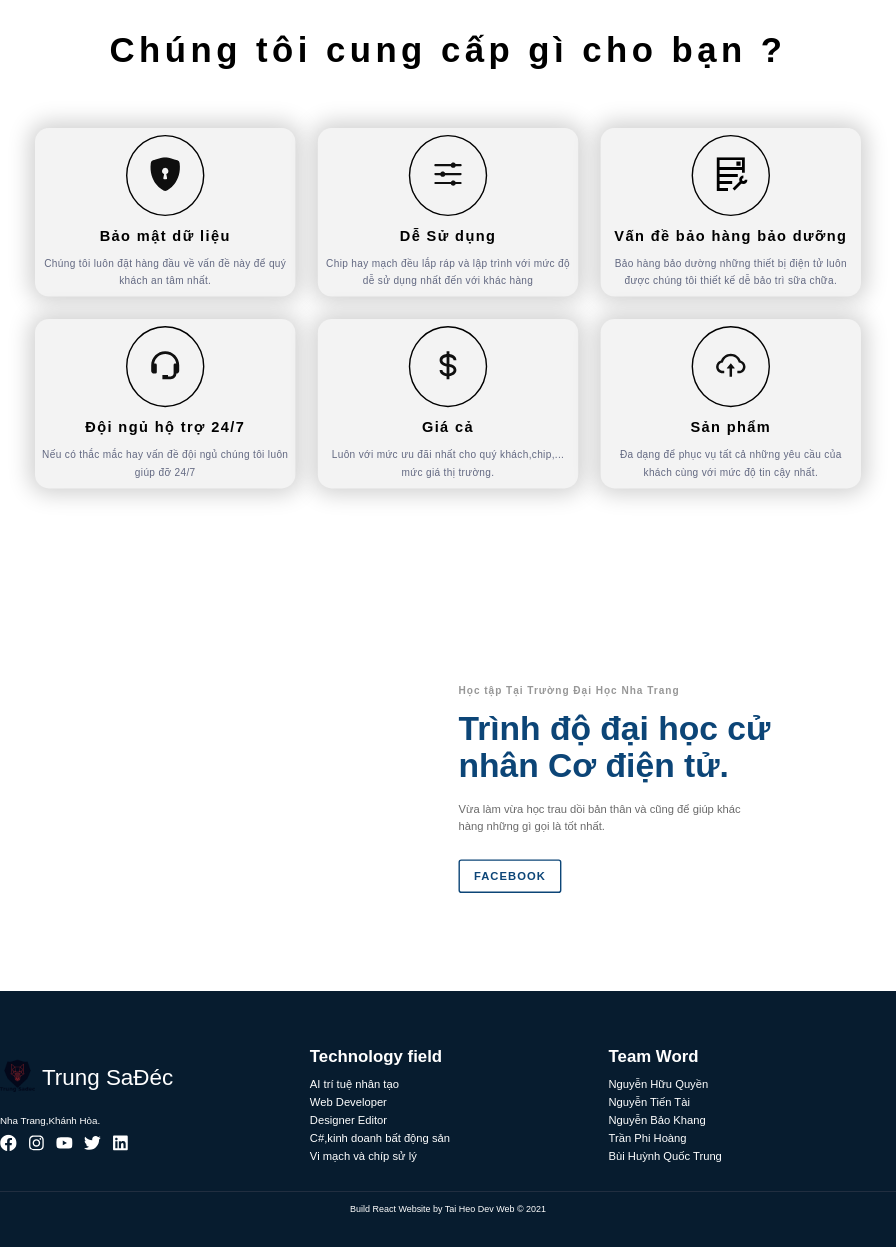
Repository: fdhhhdjd/Profile-Gift-B_H_Q_Trung
Page: /
An editor plug-in stored every save of this project. The page is shown before and after the next save, followed by the edit.
The browser window is 1280 px wide. The pictures show the part of the page from y = 814 to 2734 px (the page is 2596 px tall before and 2734 px after), at 70% of full size.
The project was rebuilt for these pictures with package versions that can differ from the ones it lists, and the page was loaded fresh each time. Also part of the build but not shown: src/Styles/PricingStyles.js, src/Data/PricingData.js, src/Pages/PricingPage.js. Imported but missing from the stored project, and not drawn on this page: src/Pages/SignUpPage.

Above is the page before, as saved 2021-10-29 10:05:40.

### src/App.js
import logo from "./logo.svg";
import "./App.css";
import { BrowserRouter as Router, Switch, Route } from "react-router-dom";
import {
  Home,
  Navbar,
  GlobalStyles,
  PricingPage,
  Footer,
} from "./Imports/Index";
function App() {
  return (
    <>
      <Router>
        <GlobalStyles />
        <Navbar />
        <Switch>
          <Route path="/" exact component={Home} />
          <Route path="/pricing" exact component={PricingPage} />
        </Switch>
        <Footer />
      </Router>
    </>
  );
}

export default App;

### src/App.css
.App {
  text-align: center;
}
*{
  text-decoration: none;
}

.App-logo {
  height: 40vmin;
  pointer-events: none;
}

@media (prefers-reduced-motion: no-preference) {
  .App-logo {
    animation: App-logo-spin infinite 20s linear;
  }
}

.App-header {
  background-color: #282c34;
  min-height: 100vh;
  display: flex;
  flex-direction: column;
  align-items: center;
  justify-content: center;
  font-size: calc(10px + 2vmin);
  color: white;
}

.App-link {
  color: #61dafb;
}

@keyframes App-logo-spin {
  from {
    transform: rotate(0deg);
  }
  to {
    transform: rotate(360deg);
  }
}

### src/Imports/Index.js
export { default as Home } from "../Pages/Home";
export { default as PricingPage } from "../Pages/PricingPage";
export { default as SignUpPage } from "../Pages/SignUpPage";
export { default as Navbar } from "../Components/Navbar";
export { default as GlobalStyles } from "../Styles/GlobalStyles";
export { default as Hero } from "../Components/Hero";
export { default as Footer } from "../Pages/Footer";

### src/Pages/Home.js
import React from "react";
import { Hero } from "../Imports/Index";
import FeaturesData from "../Components/FeaturesData";
import { Content } from "../Components/Content";
import { heroOne, heroTwo, heroThree } from "../Data/HeroData";

const Home = () => {
  return (
    <>
      <Hero />
      <FeaturesData />
      <Content {...heroOne} />
    </>
  );
};

export default Home;

### src/Components/Navbar.js
import React, { useState, memo } from "react";
import { data } from "../Data/NavbarData";
import { FaRProject, FaTimes } from "react-icons/fa";
import { CgMenuRight } from "react-icons/cg";
import { IconContext } from "react-icons";
import { useLocation, useHistory } from "react-router-dom";
import {
  Nav,
  NavbarContainer,
  NavIcon,
  NavLogo,
  MobileIcon,
  NavMenu,
  NavItem,
  NavLinks,
} from "../Styles/NavbarStyles";
const Navbar = () => {
  const [show, setShow] = useState(false);
  let history = useHistory();
  let location = useLocation();
  const handleClick = () => {
    setShow(!show);
  };
  const scrollTo = (id) => {
    const element = document.getElementById(id);

    element.scrollIntoView({
      behavior: "smooth",
    });
  };
  const closeMobileMenu = (to, id) => {
    if (id && location.pathname === "/") {
      scrollTo(id);
    }

    history.push(to);
    setShow(false);
  };

  return (
    <>
      <IconContext.Provider value={{ color: "#fff" }}>
        <Nav>
          <NavbarContainer>
            <NavLogo to="/">
              <NavIcon src="./assets/logo2.png" alt="logo" />
              Trung&nbsp;SaĐéc
            </NavLogo>
            <MobileIcon onClick={handleClick}>
              {show ? <FaTimes /> : <CgMenuRight />}
            </MobileIcon>
            <NavMenu show={show}>
              {data.map((el, index) => (
                <NavItem key={index}>
                  <NavLinks onClick={() => closeMobileMenu(el.to, el.id)}>
                    {el.title}
                  </NavLinks>
                </NavItem>
              ))}
            </NavMenu>
          </NavbarContainer>
        </Nav>
      </IconContext.Provider>
    </>
  );
};

export default memo(Navbar);

### src/Components/Hero.js
import React, { useEffect, useRef, memo } from "react";
import { Button, Container, MainHeading } from "../Styles/GlobalStyles";
import {
  HeroVideo,
  HeroSection,
  HeroText,
  ButtonWrapper,
  HeroButton,
  CardB,
  ContactHero,
} from "../Styles/HeroStyles";
import { Typewriter } from "react-simple-typewriter";
import { Link } from "react-router-dom";
const Hero = () => {
  return (
    <>
      <HeroSection>
        <HeroVideo src="./assets/hero.mp4" autoPlay loop />
        <Container>
          <MainHeading>
            Hi,
            <CardB>
              <Typewriter
                loop
                cursor
                cursorStyle={"_"}
                pauseFor={1000}
                delaySpeed={3000}
                color="red"
                deleteSpeed={100}
                words={["I'm Bùi Huỳnh Quốc Trung "]}
              />
            </CardB>
          </MainHeading>
          <HeroText>
            Tôi,chuyên kiểm thử chip và làm vi mạch thiết bị điện tử tự động.
          </HeroText>
          <ButtonWrapper>
            <Link to="signup">
              <Button>Liên Hệ Ngay</Button>
            </Link>
            <a href="tel:0798805741">
              <HeroButton>Gọi Ngay</HeroButton>
            </a>
          </ButtonWrapper>
        </Container>
      </HeroSection>
    </>
  );
};

export default memo(Hero);

### src/Pages/Footer.js
import React from "react";
import {
  FooterLinkItems,
  FooterLinkTitle,
  FooterLink,
  FooterLogo,
  SocialIcon,
  FooterRights,
  FooterSocialIcon,
  FooterWrapper,
  FooterAddress,
  FooterColumn,
  FooterGrid,
} from "../Styles/FooterStyles";
import { footerData, footerSocialData } from "../Data/FooterData";
import { Row, Section } from "../Styles/GlobalStyles";

function Footer() {
  return (
    <Section padding="4rem 0 2rem 0">
      <FooterWrapper>
        <FooterGrid justify="space-between">
          <FooterColumn id="footerLogo">
            <FooterLogo to="/">
              <SocialIcon src="./assets/logo1.png" />
              Trung SaĐéc
            </FooterLogo>
            <FooterAddress>Nha Trang,Khánh Hòa.</FooterAddress>

            <Row align="center" margin="auto  0 0 0" gap="1rem">
              {footerSocialData.map((social, index) => (
                <FooterSocialIcon
                  key={index}
                  href={social.href}
                  target="_blank"
                  aria-label={social.name}
                >
                  {social.icon}
                </FooterSocialIcon>
              ))}
            </Row>
          </FooterColumn>
          {footerData.map((footerItem, index) => (
            <FooterLinkItems key={index}>
              <FooterLinkTitle>{footerItem.title}</FooterLinkTitle>
              {footerItem.links.map((link, linkIndex) => (
                <FooterLink key={linkIndex} href={link.href} target="_blank">
                  {link.name}
                </FooterLink>
              ))}
            </FooterLinkItems>
          ))}
        </FooterGrid>
        <FooterRights>
          Build React Website by Tai Heo Dev Web © 2021
        </FooterRights>
      </FooterWrapper>
    </Section>
  );
}

export default Footer;

### src/Components/FeaturesData.js
import React, { memo } from "react";
import { Section, Container } from "../Styles/GlobalStyles";
import {
  FeatureText,
  FeatureTitle,
  FeatureWrapper,
  FeatureColumn,
  FeatureImageWrapper,
  FeatureName,
  FeatureTextWrapper,
} from "../Styles/FeaturesStyles";
import { featuresData } from "../Data/FeaturesData";
const FeaturesData = () => {
  const initial = {
    y: 40,
    opacity: 0,
  };
  const animate = {
    y: 0,
    opacity: 1,
  };

  return (
    <>
      <Section smPadding="50px 10px" position="relative" inverse id="about">
        <Container>
          <FeatureTextWrapper>
            <FeatureTitle>Chúng tôi cung cấp gì cho bạn ?</FeatureTitle>
          </FeatureTextWrapper>
          <FeatureWrapper>
            {featuresData.map((el, index) => (
              <>
                <FeatureColumn
                  initial={initial}
                  animate={animate}
                  transition={{ duration: 0.5 + index * 0.1 }}
                  key={index}
                >
                  <FeatureImageWrapper className={el.imgClass}>
                    {el.icon}
                  </FeatureImageWrapper>
                  <FeatureName>{el.name}</FeatureName>
                  <FeatureText>{el.description}</FeatureText>
                </FeatureColumn>
              </>
            ))}
          </FeatureWrapper>
        </Container>
      </Section>
    </>
  );
};

export default memo(FeaturesData);

### src/Components/Content.js
import React, { useEffect, useRef } from "react";
import { Container, Section } from "../Styles/GlobalStyles";
import {
  ContentRow,
  TextWrapper,
  TopLine,
  Heading,
  ContentButton,
  Subtitle,
  ImgWrapper,
  Img,
  ContentColumn,
  ContentA,
} from "../Styles/ContentStyles";
import lottie from "lottie-web";
export const Content = ({
  primary,
  topLine,
  headline,
  description,
  buttonLabel,
  img,
  alt,
  inverse,
  reverse,
}) => {
  const arrow = useRef(null);
  useEffect(() => {
    lottie.loadAnimation({
      container: arrow.current,
      renderer: "svg",
      loop: true,
      autoplay: true,
      animationData: require("../Json/study.json"),
    });
  }, []);

  return (
    <Section inverse={inverse}>
      <Container>
        <ContentRow reverse={reverse}>
          <ContentColumn>
            <TextWrapper>
              <TopLine>{topLine.text}</TopLine>
              <Heading inverse={inverse}>{headline}</Heading>
              <Subtitle inverse={inverse}>{description}</Subtitle>
              <ContentA
                href="https://www.facebook.com/profile.php?id=100009136510942"
                target="_blank"
              >
                <ContentButton inverse={inverse} primary={primary}>
                  {buttonLabel}
                </ContentButton>
              </ContentA>
            </TextWrapper>
          </ContentColumn>
          <ContentColumn>
            <ImgWrapper>
              <Img
                // src={img}
                ref={arrow}
                alt={alt}
                whileHover={{ rotate: 2, scale: 1.02 }}
                transition={{ duration: 0.5 }}
              />
            </ImgWrapper>
          </ContentColumn>
        </ContentRow>
      </Container>
    </Section>
  );
};

### src/Data/HeroData.js
export const heroOne = {
  reverse: true,
  inverse: true,
  topLine: {
    text: "Học tập Tại Trường Đại Học Nha Trang",
  },
  headline: "Trình độ đại học cử nhân Cơ điện tử.",
  description:
    "Vừa làm vừa học trau dồi bản thân và cũng để giúp khác hàng những gì gọi là tốt nhất.",
  buttonLabel: "Facebook",
  imgStart: "start",
  img: "./assets/svg/Deal.svg",
  start: "true",
};

export const heroTwo = {
  reverse: false,
  inverse: false,
  topLine: {
    text: "Designed & Developed",
  },
  headline: "The best practices",
  description: "Our clients have had the best experience working with us",
  buttonLabel: "View Project",

  linkTo: "/more",
  imgStart: "start",
  img: "./assets/svg/Connection.svg",
  start: "true",
};

export const heroThree = {
  reverse: true,
  inverse: true,
  topLine: {
    text: "Highly reputed brand",
  },
  headline: "Why us? ",
  description:
    "Our 9 year experience have allowed us to use the most innovative technologies and methodologies",
  buttonLabel: "View Project",

  linkTo: "/download",
  imgStart: "",
  img: "./assets/svg/ChartUp.svg",
  start: "true",
};

### src/Data/NavbarData.js
export const data = [
  {
    to: "/",
    title: "About",
    id: "about",
  },
  {
    to: "/signup",
    title: "Contact",
  },
  {
    to: "/pricing",
    title: "Pricing",
  },
];

### src/Styles/NavbarStyles.js
import styled from "styled-components";
import { Container } from "../Styles/GlobalStyles";
import { Link } from "react-router-dom";
export const Nav = styled.nav`
  background: transparent;
  margin-bottom: -80px;
  height: 80px;
  display: flex;
  justify-content: center;
  align-items: center;
  font-size: 1.2rem;
  position: absolute;
  top: 0;
  z-index: 50;
  width: 100%;

  transition: background-color 0.3s ease-in;
`;

export const NavbarContainer = styled(Container)`
  display: flex;
  justify-content: start;
  height: 80px;

  ${Container}
`;

export const NavLogo = styled(Link)`
  color: #fff;
  justify-self: flex-start;
  cursor: pointer;
  text-decoration: none;
  font-size: 2rem;
  display: flex;
  align-items: center;
  z-index: 50;
`;

export const NavIcon = styled.img`
  margin-right: 0, 5rem;
  width: 5rem;
`;

export const MobileIcon = styled.div`
  display: none;
  z-index: 50;

  @media screen and (max-width: 960px) {
    display: block;
    position: absolute;
    top: 0;
    right: 0;
    transform: translate(-100%, 60%);
    font-size: 1.8rem;
    cursor: pointer;
  }
`;

export const NavMenu = styled.ul`
  display: flex;
  align-items: center;
  list-style: none;
  text-align: center;
  width: 100%;

  @media screen and (max-width: 960px) {
    flex-direction: column;
    width: 100%;
    height: 100vh;
    position: fixed;
    padding-top: 30%;
    top: 0;
    left: 0;
    opacity: ${({ show }) => (show ? 1 : 0)};
    visibility: ${({ show }) => (show ? "visible" : "hidden")};
    transform: translateY(${({ show }) => (show ? "0" : "-10px")});
    transition: opacity 0.5s ease;
    background-color: #071c2f;
  }

  > li:first-child {
    margin-left: auto;
  }
`;

export const NavItem = styled.li`
  height: 80px;
  cursor: pointer;

  @media screen and (max-width: 960px) {
    width: 100%;

    &:hover {
      border: none;
    }
  }
`;

export const NavLinks = styled.span`
  color: #fff;
  display: flex;
  align-items: center;
  text-decoration: none;
  padding: 0.5rem 1rem;
  height: 100%;

  &:hover {
    color: #c8c9d8;
    transition: all 0.3s ease;
  }

  @media screen and (max-width: 960px) {
    text-align: center;
    padding: 2rem;
    width: 100%;
    display: table;

    &:hover {
      color: #4b59f7;
      transition: all 0.3s ease;
    }
  }
`;

export const NavBtnLink = styled(Link)`
  display: flex;
  justify-content: center;
  align-items: center;
  text-decoration: none;
  padding: 8px 16px;
  height: 100%;
  width: 100%;
  border: none;
  outline: none;
`;

### src/Styles/HeroStyles.js
import styled from "styled-components";
import { Button } from "../Styles/GlobalStyles";

export const HeroSection = styled.section`
  height: 100vh;
  background-position: center;
  background-size: cover;
  padding-top: clamp(70px, 25vh, 220px);
  box-shadow: inset 0 0 0 1000px rgba (0, 0, 0, 0.2);
`;

export const HeroVideo = styled.video`
  object-fit: cover;
  width: 100%;
  height: 100%;
  background: linear-gradient(to right, rgba(0, 0, 0, 0.7), rgba(0, 0, 0, 0.1));
  top: 0;
  position: absolute;
  z-index: -1;
`;

export const HeroText = styled.p`
  margin-bottom: 35px;
  font-size: clamp(0.9rem, 1.5vw, 1.3rem);
  line-height: 24px;
  text-align: center;
  letter-spacing: 2px;
  color: #fff;
`;

export const ButtonWrapper = styled.div`
  width: 100%;
  display: flex;
  justify-content: center;
  flex-flow: wrap;
  gap: 0.5rem;
`;

export const HeroButton = styled(Button)`
  color: black;

  &:before {
    background: #fff;
    height: 500%;
  }

  &:hover:before {
    height: 0%;
  }

  &:hover {
    color: white;
  }
`;
export const CardB = styled.b`
  color: blue;
`;
export const ContactHero = styled.b`
  width: 15px;
  height: 15px;
`;

### src/Data/FooterData.js
import React from "react";
import {
  FaFacebook,
  FaInstagram,
  FaYoutube,
  FaTwitter,
  FaLinkedin,
} from "react-icons/fa";

const iconStyle = (Icon) => <Icon />;

export const footerSocialData = [
  {
    name: "Facebook",
    href: "https://www.facebook.com/profile.php?id=100009136510942",
    icon: iconStyle(FaFacebook),
  },
  {
    name: "Instagram",
    href: "https://www.instagram.com/quoc_trung14/",
    icon: iconStyle(FaInstagram),
  },
  {
    name: "Email",
    href: "mailto:buihuynhquoctrung@gmail.com",
    icon: iconStyle(FaYoutube),
  },
  {
    name: "Zalo",
    href: "tel:0348561815",
    icon: iconStyle(FaTwitter),
  },
  {
    name: "Phone",
    href: "tel:0348561815",
    icon: iconStyle(FaLinkedin),
  },
];

export const footerData = [
  {
    title: "Technology field",
    links: [
      {
        name: "AI trí tuệ nhân tạo",
        href: "https://www.facebook.com/jonhny.nguyen.184",
      },
      {
        name: "Web Developer",
        href: "https://profile-forme.surge.sh/",
      },
      {
        name: "Designer Editor",
        href: "https://khang-designer.surge.sh//",
      },
      {
        name: "C#,kinh doanh bất động sản",
        href: "http://hoangpc.surge.sh/",
      },
      {
        name: "Vi mạch và chíp sử lý",
        href: "https://www.facebook.com/profile.php?id=100009136510942",
      },
    ],
  },
  {
    title: "Team Word",
    links: [
      {
        name: "Nguyễn Hữu Quyền",
        href: "https://www.facebook.com/jonhny.nguyen.184",
        title: "AI trí tuệ nhân tạo",
      },
      {
        name: "Nguyễn Tiến Tài",
        href: "https://www.facebook.com/profile.php?id=100006139249437",
      },
      {
        name: "Nguyễn Bảo Khang",
        href: "https://www.facebook.com/khanhgiangg102",
      },
      {
        name: "Trần Phi Hoàng",
        href: "https://www.facebook.com/hoang.p.tran.12",
      },
      {
        name: "Bùi Huỳnh Quốc Trung",
        href: "https://www.facebook.com/profile.php?id=100009136510942",
      },
    ],
  },
];

### src/Styles/FeaturesStyles.js
import styled from "styled-components";

export const FeatureTitle = styled.h2`
  text-align: center;
  font-size: clamp(1.3rem, 13vw, 3.1rem);
  line-height: 1.06;
  letter-spacing: 0.4rem;
  margin: auto;
`;

export const FeatureTextWrapper = styled.div`
  position: relative;
  padding: 0 0 20px;
  margin-bottom: 4rem;
`;

export const FeatureWrapper = styled.div`
  display: grid;
  grid-template-columns: repeat(3, 1fr);
  margin-top: 4rem;
  grid-gap: 2rem;

  @media screen and (max-width: 1100px) {
    grid-template-columns: repeat(2, 1fr);
    grid-row-gap: 3rem;
  }

  @media screen and (max-width: 568px) {
    grid-template-columns: repeat(1, 1fr);
  }
`;

export const FeatureColumn = styled.div`
  display: flex;
  flex-flow: column;
  justify-content: center;
  align-items: center;
  background: #f3f3f3;
  padding: 10px;
  box-shadow: 0 0 32px 8px #d0d0d0;
  border-radius: 20px;
`;

export const FeatureImageWrapper = styled.div`
  margin-bottom: 1rem;
  border-radius: 50%;
  border: 2px solid #000;

  padding: 30px;
`;
export const FeatureName = styled.h3`
  font-weight: 600;
  font-size: 1.3rem;
  letter-spacing: 2px;

  @media screen and (max-width: 768px) {
    font-weight: 400;
    font-size: 1rem;
    letter-spacing: 1.3px;
  }
`;
export const FeatureText = styled.p`
  margin: 1rem 0 auto;
  text-align: center;
  font-size: 0.9rem;
  line-height: 1.73;
  letter-spacing: 0.5px;
  color: #626881;

  @media screen and (max-width: 768px) {
    display: none;
  }
`;

### src/Data/FeaturesData.js
import React from "react";

import { BsFillShieldLockFill } from "react-icons/bs";
import { IoIosOptions } from "react-icons/io";
import { AiOutlineCloudUpload } from "react-icons/ai";
import { BiSupport, BiDollar } from "react-icons/bi";
import { GrHostMaintenance } from "react-icons/gr";
const iconStyle = (Icon) => <Icon size="3rem" color="#0f0f0f" />;

export const featuresData = [
  {
    name: "Bảo mật dữ liệu",
    description:
      "Chúng tôi luôn đặt hàng đầu về vấn đề này để quý khách an tâm nhất.",
    icon: iconStyle(BsFillShieldLockFill),
    imgClass: "one",
  },
  {
    name: "Dễ Sử dụng",
    description:
      "Chip hay mạch đều lắp ráp và lập trình với mức độ dễ sử dụng nhất đến với khác hàng ",
    icon: iconStyle(IoIosOptions),
    imgClass: "two",
  },
  {
    name: "Vấn đề bảo hàng bảo dưỡng",
    description:
      "Bảo hàng bảo dường những thiết bị điện tử luôn được chúng tôi thiết kế dễ bảo trì sữa chữa.",
    icon: iconStyle(GrHostMaintenance),
    imgClass: "three",
  },
  {
    name: " Đội ngủ hộ trợ 24/7 ",
    description:
      "Nếu có thắc mắc hay vấn đề đội ngủ chúng tôi luôn giúp đỡ 24/7",
    icon: iconStyle(BiSupport),
    imgClass: "four",
  },
  {
    name: "Giá cả",
    description:
      "Luôn với mức ưu đãi nhất cho quý khách,chip,... mức giá thị trường.",
    icon: iconStyle(BiDollar),
    imgClass: "five",
  },
  {
    name: "Sản phẩm",
    description:
      "Đa dạng để phục vụ tất cả những yêu cầu của khách cùng với mức độ tin cậy nhất. ",
    icon: iconStyle(AiOutlineCloudUpload),
    imgClass: "six",
  },
];

Loaded but not shown: public/index.html (common file); src/index.js (common file); src/index.css (common file); src/reportWebVitals.js (common file); src/Json/study.json (1 lines, source omitted); src/Styles/GlobalStyles.js (140 lines, source omitted); src/Styles/ContentStyles.js (147 lines, source omitted); src/Styles/FooterStyles.js (161 lines, source omitted)

After the next save:
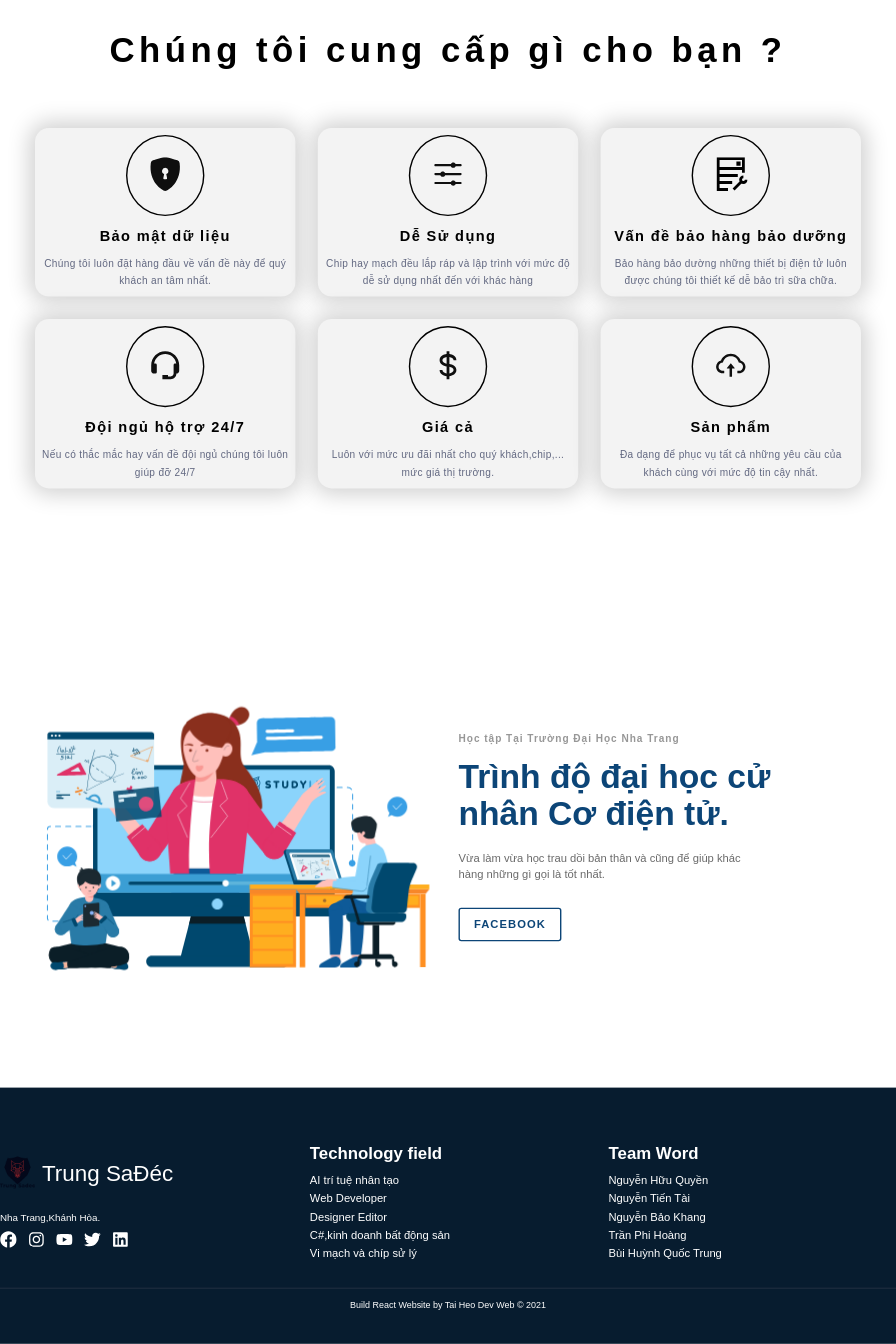
Saved 9 s later.
--- a/src/Components/Content.js
+++ b/src/Components/Content.js
@@ -56,7 +56,7 @@ export const Content = ({
           </ContentColumn>
           <ContentColumn>
             <ImgWrapper>
-              <Img
+              <div
                 // src={img}
                 ref={arrow}
                 alt={alt}
